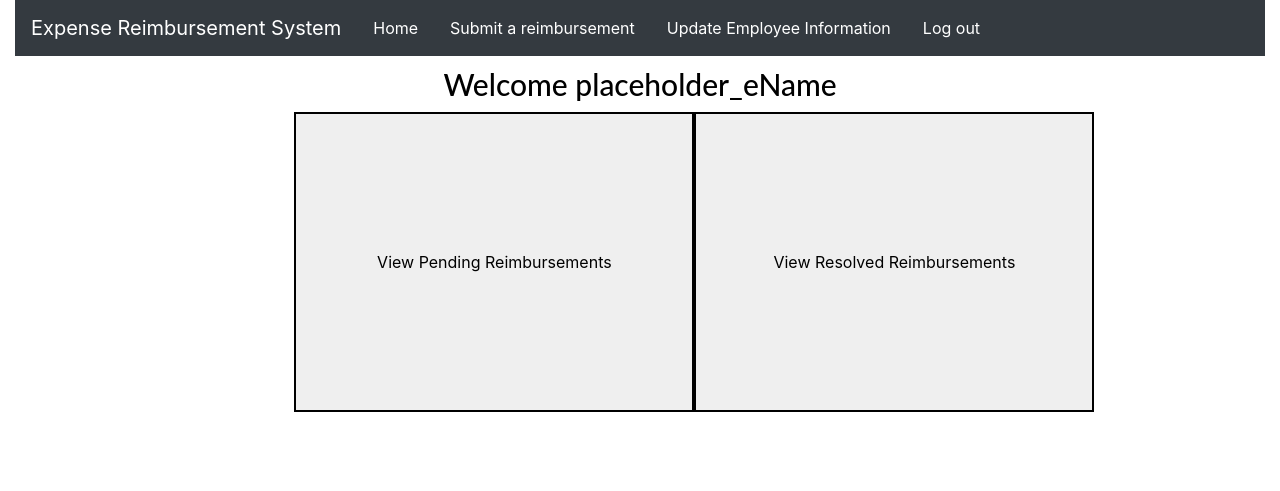
Repository: Trevormulrenin/ers-app
Page: ers-app/src/main/webapp/html/employee_home.html
An editor plug-in stored every save of this project. The page is shown before and after the next save, followed by the edit.
The browser window is 1280 px wide. The pictures show the whole page.

Above is the page before, as saved 2021-04-01 16:08:16.

After the next save:
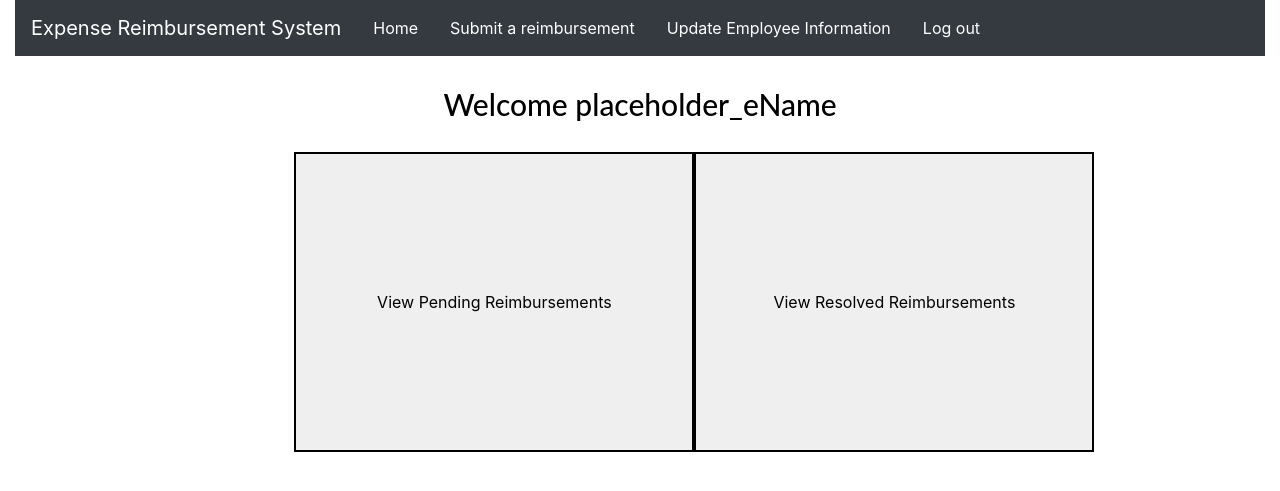
Saved 38 s later.
--- a/ers-app/src/main/webapp/html/employee_home.html
+++ b/ers-app/src/main/webapp/html/employee_home.html
@@ -58,7 +58,7 @@
 
 
 	<div id="welcome-message">
-		<h1 style="font-size: 30px; margin:10px; text-align: center; top:65%; left:10%;">Welcome placeholder_eName</h1>
+		<h1 style="font-size: 30px; margin:30px; text-align: center; top:65%; left:10%;">Welcome placeholder_eName</h1>
 	</div>
 
 	<div id="reimbursement-body">
